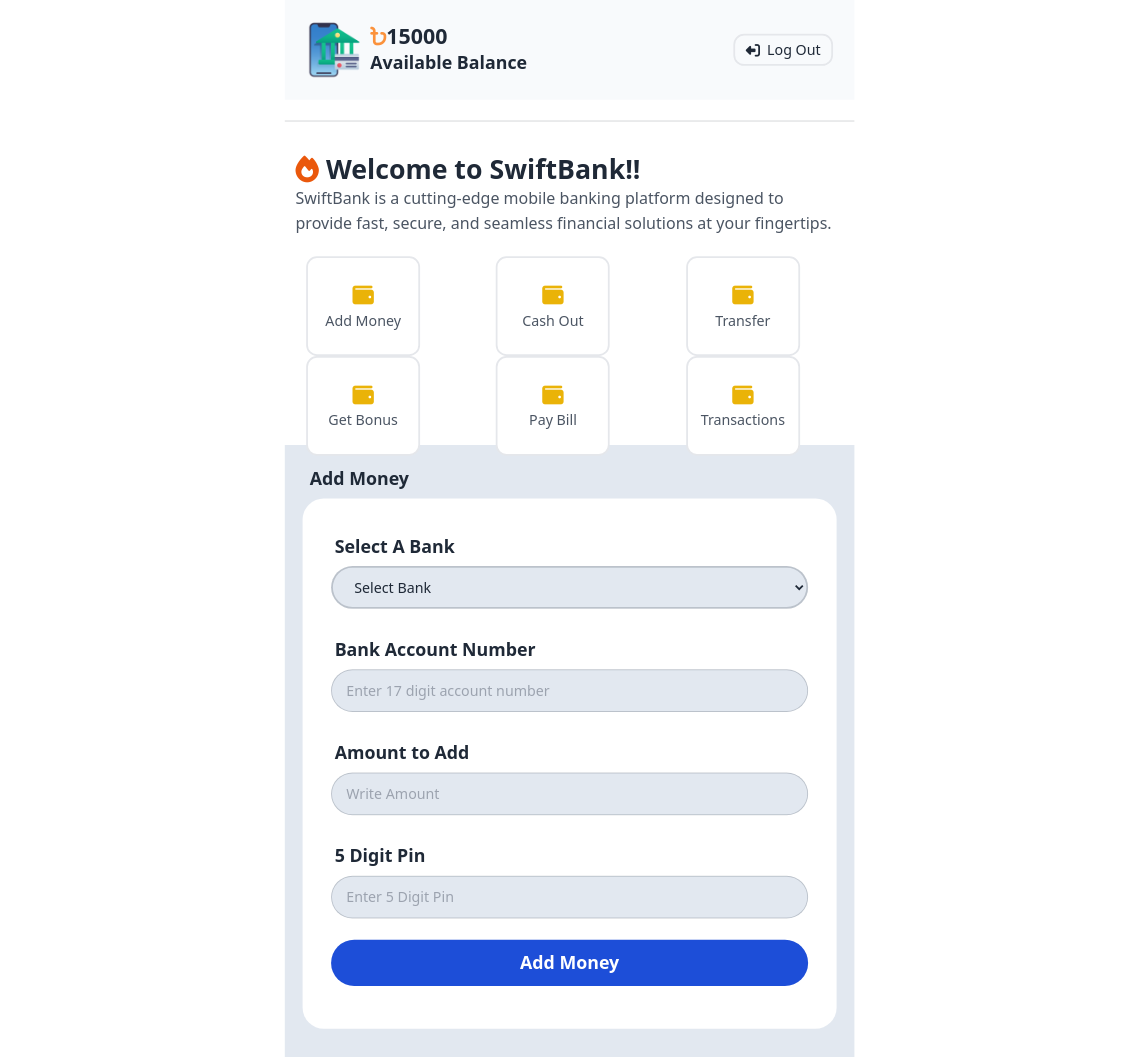
Repository: mukaddam-coder/swift-bank-mobile-banking
Page: home.html
These files come from the project's save history. The page is drawn as it stood at one moment and after the next save; the edit follows.
The browser window is 1280 px wide. The pictures show the whole page, at 89% of full size.
Some web libraries are served in a nearby version.

Above is the page before, as saved 2024-12-16 18:52:51.

### home.html
<!DOCTYPE html>
<html lang="en">
<head>
    <meta charset="UTF-8">
    <meta name="viewport" content="width=device-width, initial-scale=1.0">
    <title>SwiftBank</title>
    <!-- Fontawesome CDN -->
    <script src="https://kit.fontawesome.com/c4e7b2ed2f.js" crossorigin="anonymous"></script>
    <!-- Google Fonts -->
    <link rel="preconnect" href="https://fonts.googleapis.com">
    <link rel="preconnect" href="https://fonts.gstatic.com" crossorigin>
    <link href="https://fonts.googleapis.com/css2?family=Montserrat:ital,wght@0,100..900;1,100..900&display=swap" rel="stylesheet">
    <!-- Tailwind + DaisyUi CDN -->
    <link href="https://cdn.jsdelivr.net/npm/daisyui@4.12.19/dist/full.min.css" rel="stylesheet" type="text/css" />
    <script src="https://cdn.tailwindcss.com"></script>

</head>
<body>

<main>
  <div class="w-1/2 mx-auto p-6 bg-slate-50 h-full flex justify-between items-center">
    <div class="flex gap-2">
        <!-- Logo -->
    <div>
    <img class="w-16 h-16" src="images/mobile-banking.png">
    </div>
    <div>
   <h2 class="text-2xl font-bold" id="main-balance">
   <i class="fa-solid fa-bangladeshi-taka-sign text-orange-400"></i>15000</h2>
   <p class="font-semibold text-xl">Available Balance</p>
</div>
</div>
<div>
<button class="border-2 w-28 px-1 py-1 rounded-xl"> <i class="fa-solid fa-right-from-bracket rotate-180 mr-2"></i>Log Out</button>
</div>
        </div>
    <div class="divider w-1/2 mx-auto"></div>
    <!-- Greetings Section -->
        <section class="w-1/2 mx-auto p-3">
            <h1 class="font-bold text-3xl"><i class="fa-solid fa-fire text-orange-600 text-3xl mr-2"></i>Welcome to SwiftBank!!</h1>
            <p class="text-gray-600 text-lg">
                SwiftBank is a cutting-edge mobile banking platform designed to provide fast, secure, and seamless financial solutions at your fingertips.
            </p>
        </section>
     <!-- User Actionable Dashboard -->

     <section class="w-1/2 mx-auto">
        <div class="grid grid-cols-3">
          <div class="w-32 h-28 ml-3 p-3">
            <button id="show-add-money-section" class="border-2 w-32 h-28 rounded-xl bg-white text-gray-600">
            <p>
              <i class="fa-solid fa-wallet text-yellow-500 text-2xl"></i>
            </p>
            Add Money
           </button>
        </div>
          <div class="w-32 h-28 ml-3 p-3">
             <button id="show-cash-out-section" class="border-2 w-32 h-28 rounded-xl bg-white text-gray-600">
              <p><i class="fa-solid fa-wallet text-yellow-500 text-2xl"></i></p>
                Cash Out
              </button>
            </div>
          <div class="w-32 h-28 ml-3 p-3">
          <button id="show-money-transfer-section" class="border-2 w-32 h-28 rounded-xl bg-white text-gray-600">
              <p><i class="fa-solid fa-wallet text-2xl text-yellow-500"></i></p>
                Transfer
              </button>
            </div>
          <div class="w-32 h-28 ml-3 p-3">
        <button id="show-get-bonus-section" class="border-2 w-32 h-28 rounded-xl bg-white text-gray-600">
            <p><i class="fa-solid fa-wallet text-2xl text-yellow-500"></i></p>
                Get Bonus
            </button>
          </div>
        <div class="w-32 h-28 ml-3 p-3">
          <button id="show-pay-bill-section" class="border-2 w-32 h-28 rounded-xl bg-white text-gray-600">
              <p><i class="fa-solid fa-wallet text-2xl text-yellow-500"></i></p>
                      Pay Bill
            </button>
          </div>
        <div class="w-32 h-28 ml-3 p-3">
          <button id="show-transaction-history" class="border-2 w-32 h-28 rounded-xl bg-white text-gray-600">
              <p><i class="fa-solid fa-wallet text-2xl text-yellow-500"></i></p>
                      Transactions
              </button>
            </div>

        </div>
      </section>
      <!-- Add Money Section Start -->
      <section id ="add-money-section" class="w-1/2 mx-auto px-5 py-4 bg-slate-200">
        <h2 class="p-2 font-bold text-xl">Add Money</h2>
        <form class="card-body bg-white rounded-3xl">
            <div class="form-control mb-4">
              <label class="label">
                <span class="label-text font-semibold text-xl">Select A Bank</span>
              </label>
              <select id="bank"  class="input-bordered rounded-full bg-slate-200 h-12 px-5 border-2">
                <option value="Select Bank">Select Bank</option>
                <option value="AB Bank PLC">AB Bank PLC</option>
                <option value="Bangladesh Commerce Bank Limited">Bangladesh Commerce Bank Limited</option>
                <option value="Islami Bank Bangladesh PLC">Islami Bank Bangladesh PLC</option>
                <option value="Dutch-Bangla Bank PLC">Dutch-Bangla Bank PLC</option>
                <option value="Jamuna Bank Limited">Jamuna Bank Limited</option>
                <option value="Trust Bank PLC">Trust Bank PLC</option>
              </select>
              </div>
            <div class="form-control mb-4">
              <label class="label">
                <span class="label-text font-semibold text-xl">Bank Account Number</span>
              </label>
              <input id="input-bank-account-field" type="text" placeholder="Enter 17 digit account number" class="input input-bordered rounded-full bg-slate-200" required />
            </div>
            <div class="form-control mb-4">
              <label class="label">
                <span class="label-text font-semibold text-xl">Amount to Add</span>
              </label>
              <input id="input-amount-field" type="text" placeholder="Write Amount" class="input input-bordered rounded-full bg-slate-200" required />
              </div>
            <div class="form-control mb-4">
              <label class="label">
                <span class="label-text font-semibold text-xl">5 Digit Pin</span>
              </label>
              <input id="input-add-money-pin-number" type="password" placeholder="Enter 5 Digit Pin" class="input input-bordered rounded-full bg-slate-200" required />
              </div>
            <div class="form-control mb-4">
              <button id="btn-add-money" class="bg-blue-700 font-bold text-xl text-white p-3 rounded-full">Add Money</button>
            </div>
          </form>
          <!-- Result Message -->
        <p id="result-message" class="text-center font-bold text-lg mt-4"></p>
      </section>
      <!-- Add Money Section End -->

      <!-- Cash Out Section Start -->
      <section id ="cash-out-section" class="hidden w-1/2 mx-auto px-5 py-4 bg-slate-200">
        <h2 class="p-2 font-bold text-xl">Cash Out</h2>
        <form class="card-body bg-white rounded-3xl">
            <div class="form-control mb-4">
              <label class="label">
                <span class="label-text font-semibold text-xl">Agent Number</span>
              </label>
              <input type="number" id="input-cash-out-phone" placeholder="Enter 11 digit number" class="input input-bordered rounded-full bg-slate-200" maxlength="11" required >
              </div>
             <div class="form-control mb-4">
              <label class="label">
                <span class="label-text font-semibold text-xl">Withdrawal Amount</span>
              </label>
              <input id="input-cash-out-field" type="text" placeholder="Write Amount" class="input input-bordered rounded-full bg-slate-200" required />
            </div>
            <div class="form-control mb-4">
              <label class="label">
                <span class="label-text font-semibold text-xl">5 Digit Pin</span>
              </label>
              <input id="input-cash-out-pin-number" type="password" placeholder="Enter 5 Digit Pin" class="input input-bordered rounded-full bg-slate-200" required />
              </div>
          <div class="form-control mb-4">
              <button id="btn-cash-out" class="bg-blue-700 font-bold text-xl text-white p-3 rounded-full">Cash Out</button>
            </div>
          </form>
      </section>
     <!-- Cash Out Section End -->

     <!-- Money Transfer Section Start -->
     <section id ="money-transfer-section" class="hidden w-1/2 mx-auto px-5 py-4 bg-slate-200">
      <h2 class="p-2 font-bold text-xl">Money Transfer</h2>
      <form class="card-body bg-white rounded-3xl">
          <div class="form-control mb-4">
            <label class="label">
              <span class="label-text font-semibold text-xl">User Account Number</span>
            </label>
            <input type="number" id="input-money-transfer-number" placeholder="Enter 11 digit number" class="input input-bordered rounded-full bg-slate-200" maxlength="11" required >
            </div>
           <div class="form-control mb-4">
            <label class="label">
              <span class="label-text font-semibold text-xl">Amount</span>
            </label>
            <input id="input-money-transfer-amount" type="text" placeholder="Enter Amount to transfer" class="input input-bordered rounded-full bg-slate-200" required />
          </div>
          <div class="form-control mb-4">
            <label class="label">
              <span class="label-text font-semibold text-xl">5 Digit Pin</span>
            </label>
            <input id="input-money-transfer-pin" type="password" placeholder="Enter 5 Digit Pin" class="input input-bordered rounded-full bg-slate-200" required />
            </div>
           <div class="form-control mb-4">
            <button id="btn-money-transfer" class="bg-blue-700 font-bold text-xl text-white p-3 rounded-full">Send Now</button>
          </div>
        </form>
    </section>
     <!-- Money Transfer Section End -->

     <!-- Get Bonus Section Start -->
     <section id ="get-bonus-section" class="hidden w-1/2 mx-auto px-5 py-4 bg-slate-200">
      <h2 class="p-2 font-bold text-xl">Get Bonus</h2>
      <form class="card-body bg-white rounded-3xl">
          <div class="form-control mb-4">
            <label class="label">
              <span class="label-text font-semibold text-xl">Bonus Coupon</span>
            </label>
            <input type="text" id="input-bonus-coupon" placeholder="Enter coupon code" class="input input-bordered rounded-full bg-slate-200" maxlength="11" required >
            </div>

           <div class="form-control mb-4">
            <button id="btn-get-bonus" class="bg-blue-700 font-bold text-xl text-white p-3 rounded-full">Get Bonus</button>
          </div>
        </form>
    </section>
     <!-- Get Bonus Section End -->

     <!-- Pay Bill Section Start -->
     <section id ="pay-bill-section" class="hidden w-1/2 mx-auto px-5 py-4 bg-slate-200">
      <h2 class="p-2 font-bold text-xl">Pay Bill</h2>
      <form class="card-body bg-white rounded-3xl">
          <div class="form-control mb-4">
            <label class="label">
              <span class="label-text font-semibold text-xl">Select to Pay</span>
            </label>
            <select id="payment-list"  class="input-bordered rounded-full bg-slate-200 h-12 px-5 border-2">
              <option value="Select option">Select Payment Option</option>
              <option value="Electricity Bill">Electricity Bill</option>
              <option value="Gas Bill">Gas Bill</option>
              <option value="Water Bill">Water Bill</option>
              <option value="Internet Bill">Internet Bill</option>
              <option value="Mobile Recharge">Mobile Recharge</option>
              <option value="Tax Payments">Tax Payments</option>
              <option value="College/University Tuition Fees">College/University Tuition Fees</option>
              <option value="Bus/Train Tickets">Bus/Train Tickets</option>
              <option value="Bus/Train Tickets">Passport or Visa Fees</option>
              <option value="Credit Card Bill Payments">Credit Card Bill Payments</option>
            </select>
            </div>
           <div class="form-control mb-4">
            <label class="label">
              <span class="label-text font-semibold text-xl">Billar Account Number</span>
            </label>
            <input id="input-billar-account-number-field" type="text" placeholder="Enter account number" class="input input-bordered rounded-full bg-slate-200" required />
            </div>
          <div class="form-control mb-4">
            <label class="label">
              <span class="label-text font-semibold text-xl">Amount to Pay</span>
            </label>
            <input id="input-pay-bill-amount-field" type="number" placeholder="Write Amount" class="input input-bordered rounded-full bg-slate-200" required />
            </div>
          <div class="form-control mb-4">
            <label class="label">
              <span class="label-text font-semibold text-xl">5 Digit Pin</span>
            </label>
            <input id="input-pay-bill-pin-number" type="password" placeholder="Enter 5 Digit Pin" class="input input-bordered rounded-full bg-slate-200" required />
            </div>
          <div class="form-control mb-4">
            <button id="btn-pay-bill" class="bg-blue-700 font-bold text-xl text-white p-3 rounded-full">Pay Now</button>
          </div>
        </form>
        <!-- Result Message -->
        <p id="result-message" class="text-center font-bold text-lg mt-4"></p>
    </section>
     <!-- Pay Bill Section End -->

     <!-- Transaction History Start -->
     <section id ="transaction-history-section" class="hidden w-1/2 mx-auto px-5 py-4 bg-slate-200">
      <div class="flex justify-between items-center">
        <h2 class="p-2 font-bold text-xl">Transaction History</h2>
        <p class="p-2">
          <a href="#">View All</a>
        </p>
      </div>

      <div id="transaction-container">

      </div>
    </section>
     <!-- Transaction History End -->
      <script src="Jscript/utilities.js"></script>
      <script src="Jscript/add-money.js"></script>
      <script src="Jscript/cash-out.js"></script>
      <script src="Jscript/features.js"></script>
      <script src="Jscript/money-transfer.js"></script>
      <script src="Jscript/bonus.js"></script>
      <script src="Jscript/pay-bill.js"></script>
       </main>

</body>
</html>

### Jscript/utilities.js
function getInputFieldValueById(id){
    const inputValue = document.getElementById(id).value;
    const inputNumber = parseFloat(inputValue);
    return inputNumber;
}


function getTextFieldValueById(id){
    const textValue = document.getElementById(id).innerText;
    const textNumber = parseFloat(textValue);
    return textNumber;
}

function showSectionById(id){
    // Hide all the section
    document.getElementById('add-money-section').classList.add('hidden');
    document.getElementById('cash-out-section').classList.add('hidden');
    document.getElementById('money-transfer-section').classList.add('hidden');
    document.getElementById('get-bonus-section').classList.add('hidden');
    document.getElementById('pay-bill-section').classList.add('hidden');
//    Show the section with the provided id
    document.getElementById(id).classList.remove('hidden');
};

### Jscript/add-money.js
document.getElementById('btn-add-money').addEventListener('click', function(event){
    event.preventDefault();
   const bankList = document.getElementById('bank').value;
   const addMoney = getInputFieldValueById('input-amount-field');
   const pinNumber = getInputFieldValueById('input-add-money-pin-number');
   const bankAccNumber = getInputFieldValueById('input-bank-account-field');
   const mainBalance = getTextFieldValueById('main-balance');


    if(isNaN(addMoney)){
        alert('Please enter a positive number to add money.');
        return;
    }

    if(addMoney <= 0 ){
        alert('Please enter a positive number to add money.')
    }

   if(pinNumber === 19945 && bankAccNumber >= 6){
        const newBalance = mainBalance + addMoney;
        document.getElementById('main-balance').innerText = newBalance;
        // Get Transaction time
        const transactionTime = new Date();
        const formattedTime = transactionTime.toLocaleString();

        // Add to transaction histoy
       const transactionDiv = document.createElement('div');
               transactionDiv.classList.add('bg-white', 'rounded-xl', 'p-4', 'mb-4');
               transactionDiv.innerHTML = `
                   <div class = "flex justify-between items-center gap-1">
                       <div class="flex w-1/3">
                       <p><i class="fa-solid fa-wallet text-2xl text-yellow-500 rounded-full bg-slate-200 px-3 py-2"></i></p>
                       <h2 class="p-1 font-bold text-xl text-center">Add Money</h2>
                       </div>
                       <div class="flex-1">
                       <p class="text-md"><span class ="font-bold text-green-600">From ${bankList}</span> BDT: ${addMoney} was added to your account, and your new balance is BDT: ${newBalance}</p>
                       <p class="text-sm text-gray-500 font-bold">Transaction Time: ${formattedTime}</p>
                       </div>
                    </div>`;

               // Append transaction to the transaction history container
               document.getElementById('transaction-container').appendChild(transactionDiv);
         }

   else{
    alert('Failed to add money!Please try again.')
   }
})

### Jscript/features.js

// The add money section will show when the add money button is clicked.
document.getElementById('show-add-money-section').addEventListener('click', function(){
    showSectionById('add-money-section');
});

// The cash-out section will show when the cash-out button is clicked.
document.getElementById('show-cash-out-section').addEventListener('click', function(){
    showSectionById('cash-out-section')
});

// The money transfer section will show when the money transfer button is clicked.

document.getElementById('show-money-transfer-section').addEventListener('click', function(){
    showSectionById('money-transfer-section');
});


document.getElementById('show-get-bonus-section').addEventListener('click', function(){
    showSectionById('get-bonus-section');
});

document.getElementById('show-pay-bill-section').addEventListener('click', function(){
    showSectionById('pay-bill-section');
});


document.getElementById('show-transaction-history').addEventListener('click', function(){
    showSectionById('transaction-history-section');
})

### Jscript/bonus.js
document.getElementById('btn-get-bonus').addEventListener('click', function(event){
    event.preventDefault();
    const getBonusInput = document.getElementById('input-bonus-coupon').value.trim();
    const mainBalanceText = document.getElementById('main-balance').innerText;
    const mainBalance = parseFloat(mainBalanceText);
    const couponCode = 'BONUS10';

    if(getBonusInput === couponCode){
        const bonusAmount = 100;
        const newBalance = mainBalance + bonusAmount;
        document.getElementById('main-balance').innerText = newBalance;
    }
    else{
        alert('Invalid Coupon Code! Please try again.')
    }
})

### Jscript/pay-bill.js
document.getElementById('btn-pay-bill').addEventListener('click', function(event){
         event.preventDefault();

         const paymentList = document.getElementById('payment-list').value;
         const accountNumber = getInputFieldValueById('input-billar-account-number-field');
         const payBillAmount = getInputFieldValueById('input-pay-bill-amount-field');
         const payBillPin = getInputFieldValueById('input-pay-bill-pin-number');

         const mainBalance = getTextFieldValueById('main-balance');

         if(isNaN(payBillAmount)){
            alert('Please enter a positive number.');
            return;
         }

         if(payBillAmount <= 0){
            alert('Please enter a valid amount greater than 0.');
            return;
         }

         if(payBillAmount > mainBalance){
            alert('You do not have sufficient balance to complete the payment.')
            return;
         }

         if(payBillPin === 19945 && accountNumber === 1629501006323){
            const newBalance = mainBalance - payBillAmount;
            document.getElementById('main-balance').innerText = newBalance;
               // add to transaction history
               const transactionDiv = document.createElement('div');
               transactionDiv.classList.add('bg-white', 'rounded-xl', 'p-4', 'mb-4');
               transactionDiv.innerHTML = `
                   <div class = "flex items-center gap-2">
                       <p><i class="fa-solid fa-wallet text-2xl text-yellow-500 rounded-full bg-slate-200 px-3 py-2"></i></p>
                       <h2 class="p-2 font-bold text-lg">${paymentList}</h2>
                       <p class="text-md">BDT ${payBillAmount} paid for ${paymentList}</p>
                       <p class="text-sm text-gray-600">Payment successful! Remaining Balance: BDT ${newBalance}</p>
                   </div>`;

               // Append transaction to the transaction history container
               document.getElementById('transaction-container').appendChild(transactionDiv);
         }

         else{
            alert('Invalid PIN or Account Number! Please try again.')
         }
})

Loaded but not shown: Jscript/money-transfer.js (54 lines, source omitted); Jscript/cash-out.js (53 lines, source omitted)

After the next save:
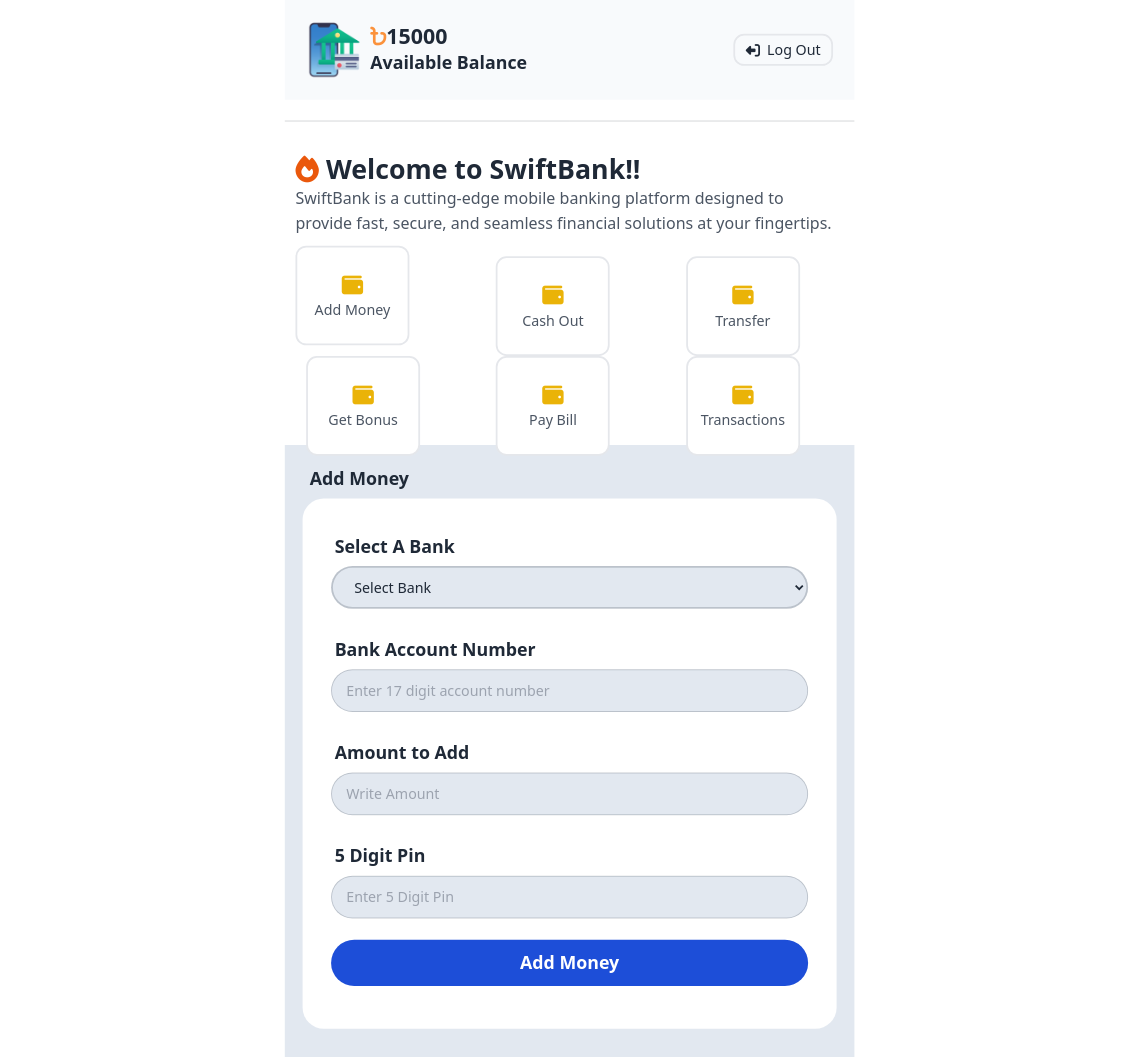
Saved 15 min 18 s later.
--- a/home.html
+++ b/home.html
@@ -46,7 +46,7 @@
 
      <section class="w-1/2 mx-auto">
         <div class="grid grid-cols-3">
-          <div class="w-32 h-28 ml-3 p-3">
+          <div class="w-32 h-28 ml-3">
             <button id="show-add-money-section" class="border-2 w-32 h-28 rounded-xl bg-white text-gray-600">
             <p>
               <i class="fa-solid fa-wallet text-yellow-500 text-2xl"></i>
